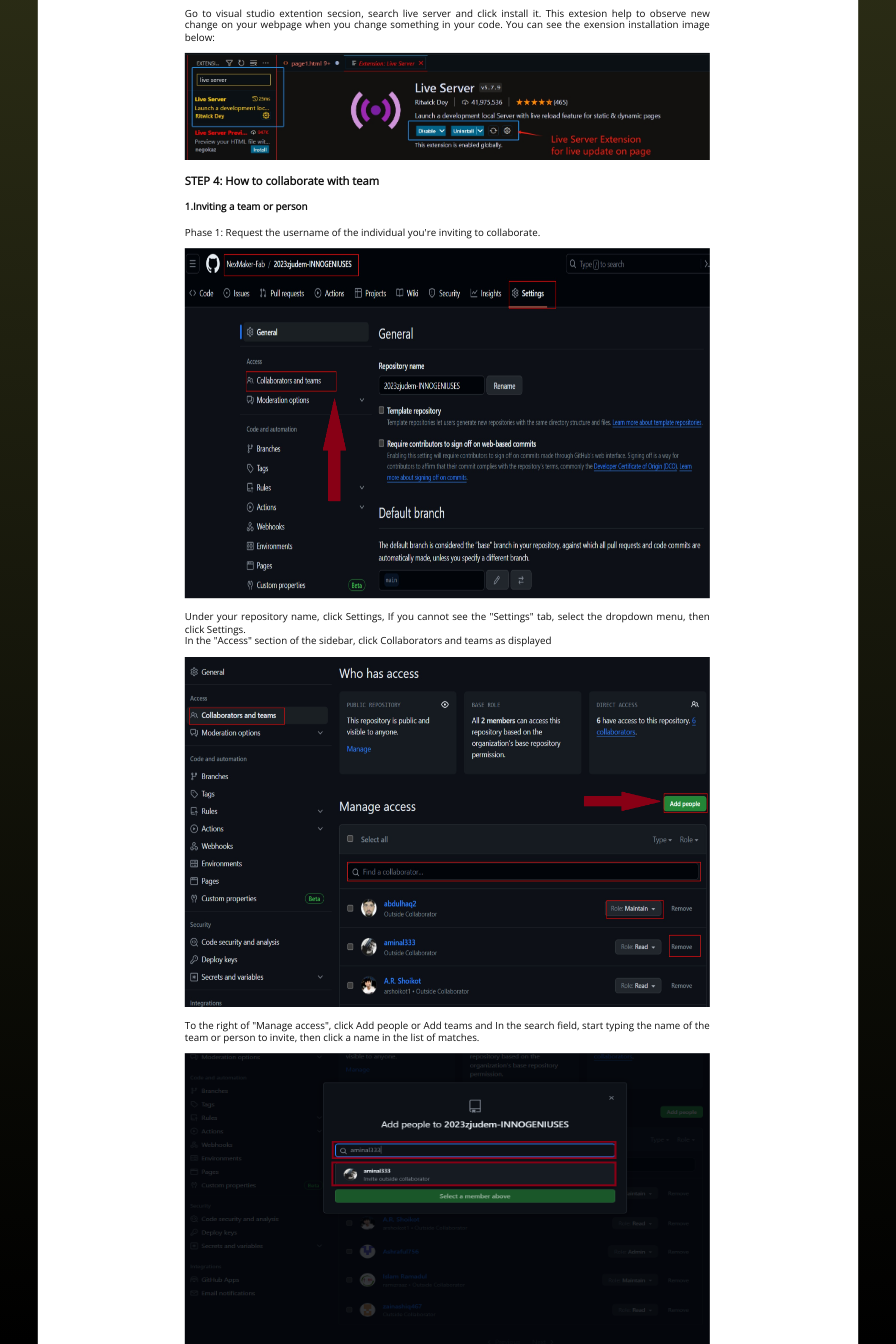
Repository: NexMaker-Fab/2023zjudem-INNOGENIUSES
Page: build web/page1.html
The author's editor kept a copy of each file at every save. The page is drawn from the files as they stood at one save, then again after the next save.
The browser window is 1280 px wide. The pictures show the part of the page from y = 3812 to 5732 px (the page is 7639 px tall before and 7676 px after), at 70% of full size.

Above is the page before, as saved 2023-11-27 00:29:26.

After the next save:
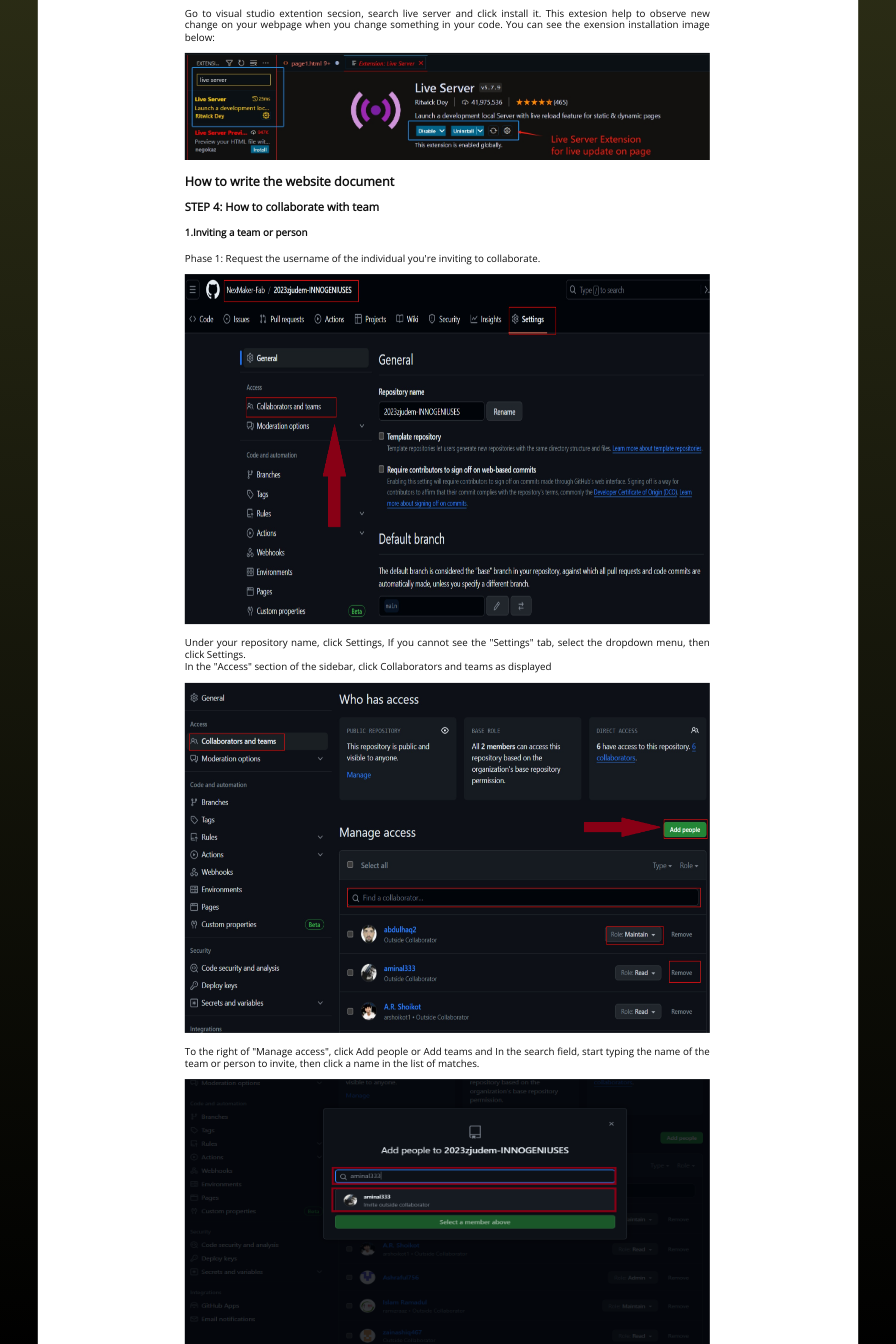
Saved 47 s later.
--- a/build web/page1.html
+++ b/build web/page1.html
@@ -103,6 +103,8 @@
                         </p>
                         <img src="img/Live Server.png" style="width:100%; height: fit-content;">
 
+                        <h2>How to write the website document</h2>
+
                         <h3>STEP 4: How to collaborate with team</h3>
                         <h4>1.Inviting a team or person</h4>
                         <p>Phase 1: Request the username of the individual you're inviting to collaborate.</p>
